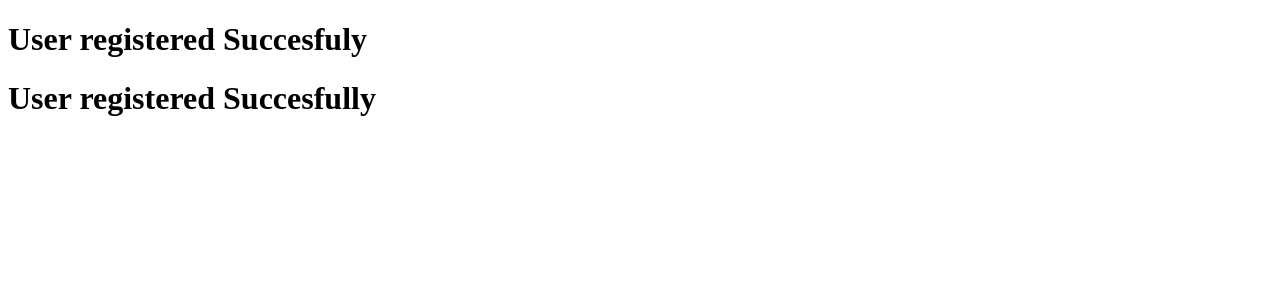
Repository: Shivani2392/FlyAwayProject
Page: http://localhost/FlightBookingPortal/BookFlight.jsp
An editor plug-in stored every save of this project. The page is shown before and after the next save, followed by the edit.
The browser window is 1280 px wide. The pictures show the whole page.
The page is served by Tomcat 9. Other server files are loaded and not shown.

Above is the page before, as saved 2020-11-20 16:04:14.

### FlightBookingPortal/src/main/webapp/BookFlight.jsp
<%@ page language="java" contentType="text/html; charset=ISO-8859-1"
    pageEncoding="ISO-8859-1"%>
<!DOCTYPE html>
<html>
<head>
<meta charset="ISO-8859-1">
<title>Flight Details</title>
</head>
<body>
<h1>User registered Succesfuly</h1>
<h1>User registered Succesfully</h1>
</body>
</html>

After the next save:
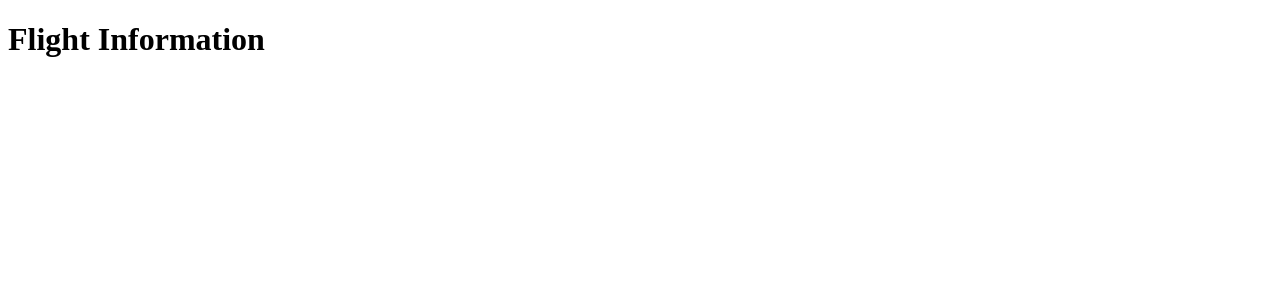
Saved 2 min 4 s later.
--- a/FlightBookingPortal/src/main/webapp/BookFlight.jsp
+++ b/FlightBookingPortal/src/main/webapp/BookFlight.jsp
@@ -7,7 +7,7 @@
 <title>Flight Details</title>
 </head>
 <body>
-<h1>User registered Succesfuly</h1>
-<h1>User registered Succesfully</h1>
+<h1>Flight Information</h1>
+
 </body>
 </html>
